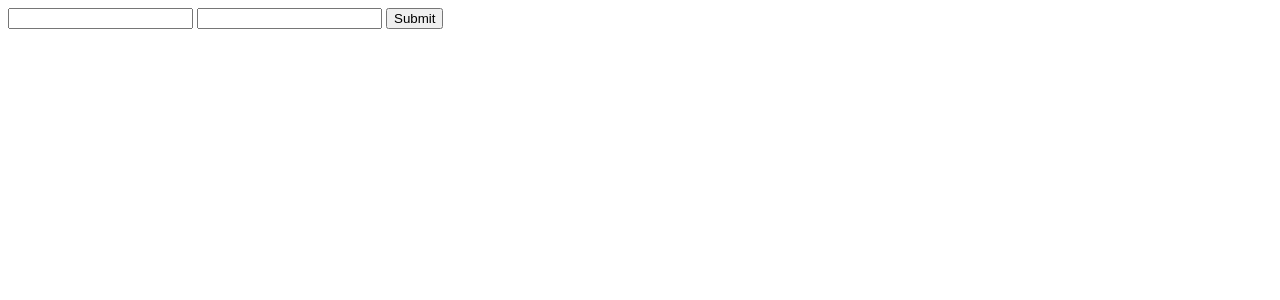
Repository: limbbbyoung/JSP_practice
Page: http://localhost/JSPbasic/jspobject/request/req_bmi_form.jsp
These files come from the project's save history. The page is drawn as it stood at one moment and after the next save; the edit follows.
The browser window is 1280 px wide. The pictures show the whole page.
The page is served by Tomcat 9.

Above is the page before, as saved 2022-03-25 08:34:08.

After the next save:
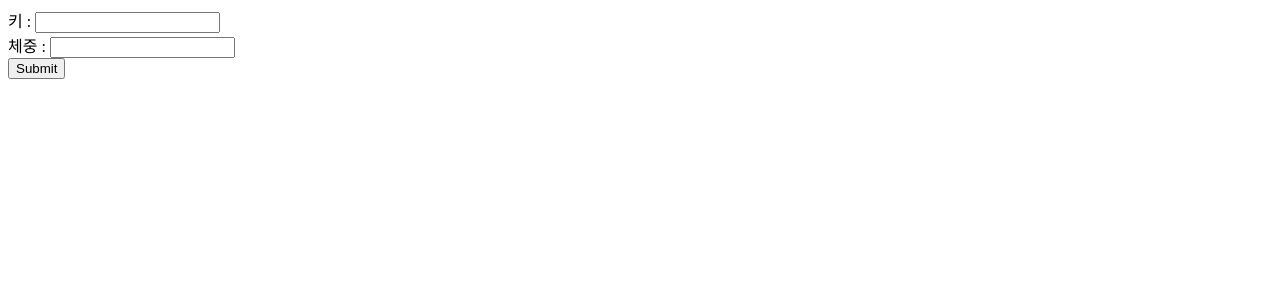
Saved 4 min 5 s later.
--- a/JSPbasic/src/main/webapp/jspobject/request/req_bmi_form.jsp
+++ b/JSPbasic/src/main/webapp/jspobject/request/req_bmi_form.jsp
@@ -18,9 +18,9 @@
      <%
 
      %>
-     <form action="" method="get">
-     <input type="number" name="cm">
-     <input type="number" name="kg">
+     <form action="#" method="get">
+     키 : <input type="number" name="cm"><br/>
+     체중 : <input type="number" name="kg"><br/>
      <input type="submit">
      </form>
 </body>
